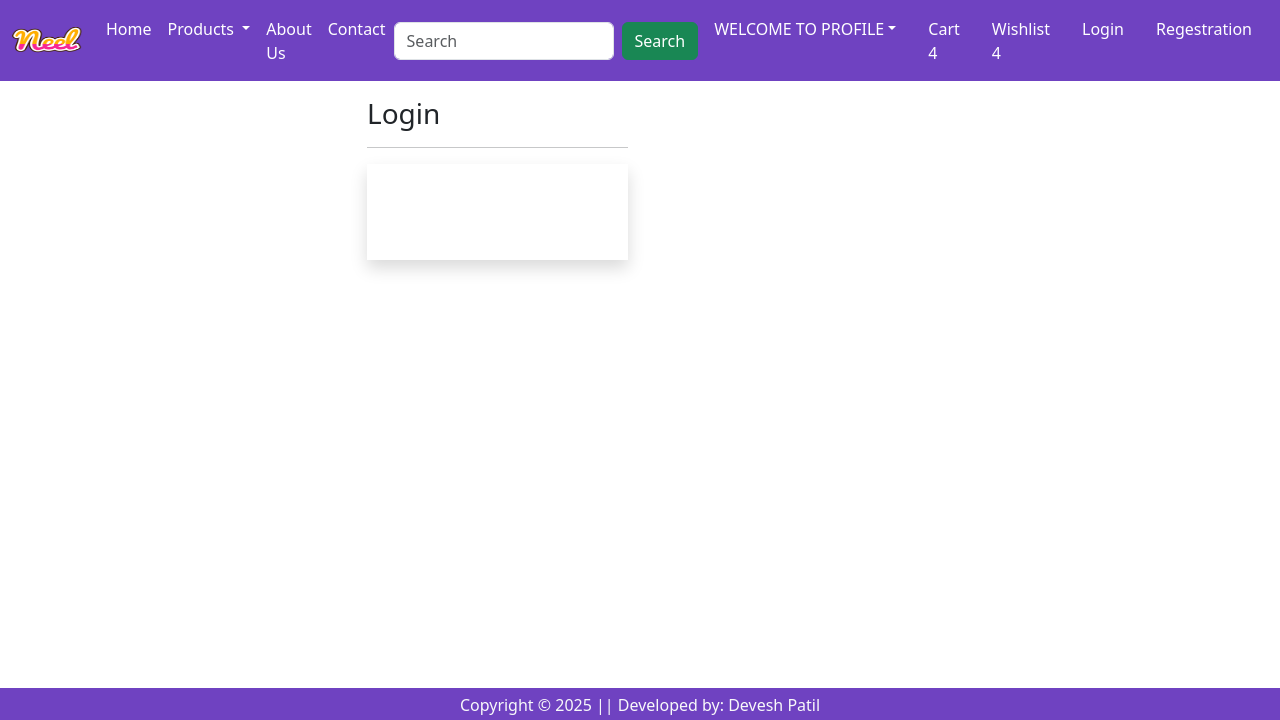
Repository: DeveshPatill/mydjango
Page: http://localhost/accounts/login
These files come from the project's save history. The page is drawn as it stood at one moment and after the next save; the edit follows.
The browser window is 1280 px wide. The pictures show the whole page.
The page is served by the project's application, run on Django 5.2 (ec/manage.py).

Above is the page before, as saved 2025-03-24 14:45:32.

After the next save:
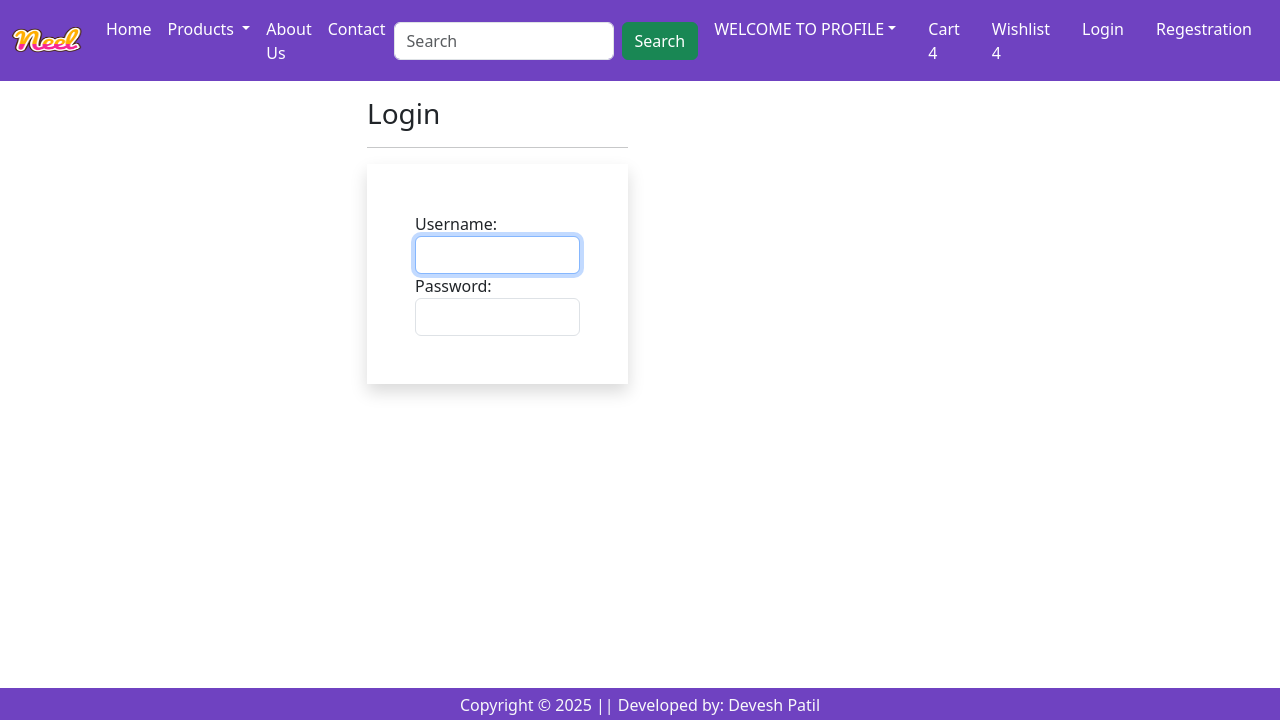
Saved 2 min 5 s later.
--- a/ec/app/templates/app/login.html
+++ b/ec/app/templates/app/login.html
@@ -11,10 +11,9 @@
             <h3>Login</h3>
             <hr>
             <form action="" method="post" novalidate class="shadow p-5">{% csrf_token %}
-
-
-
-
+                {% for fm in form %}
+                {{fm.label_tag}} {{fm}} <small class="text-danger">{{fm.errors | striptags}}</small>
+                {% endfor %}
             </form>
         </div>
     </div>
